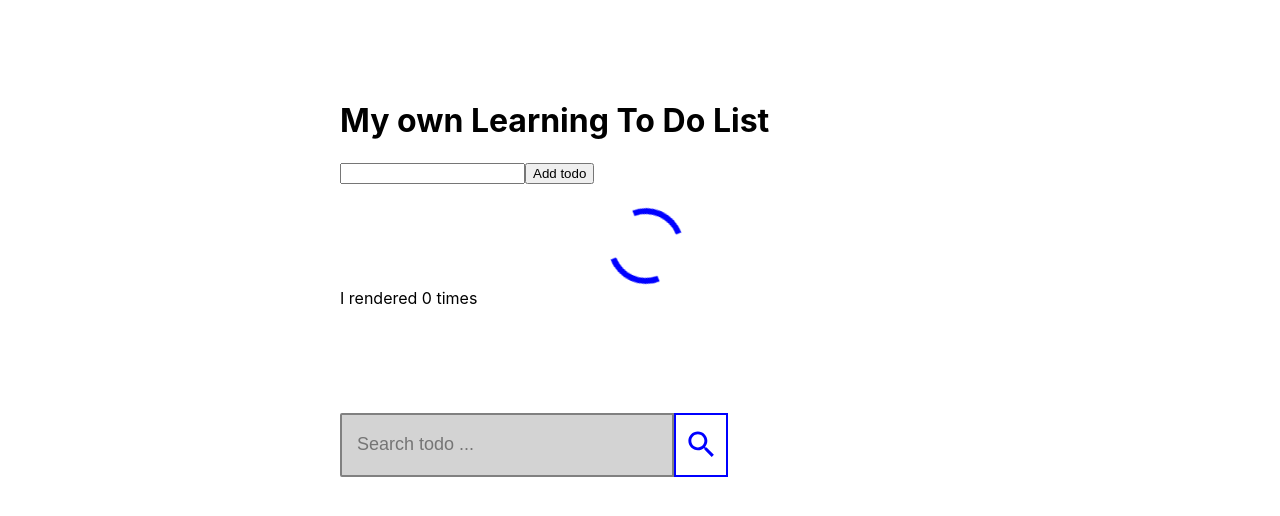
Repository: ArusyakAghajanyan/To-Do
Page: /
These files come from the project's save history. The page is drawn as it stood at one moment and after the next save; the edit follows.
The browser window is 1280 px wide. The pictures show the whole page.
The page's requests for data from a server got no answer. The project was rebuilt for these pictures with package versions that can differ from the ones it lists, and the page was loaded fresh each time. No one was signed in, and anything a server would have sent is missing. Also part of the build but not shown: src/Todo/TodoItem.js, src/Todo/TodoList.js.

Above is the page before, as saved 2022-03-11 02:12:10.

### src/index.css
body {
  margin: 0;
  font-family: -apple-system, BlinkMacSystemFont, 'Segoe UI', 'Roboto', 'Oxygen',
    'Ubuntu', 'Cantarell', 'Fira Sans', 'Droid Sans', 'Helvetica Neue',
    sans-serif;
  -webkit-font-smoothing: antialiased;
  -moz-osx-font-smoothing: grayscale;
}

code {
  font-family: source-code-pro, Menlo, Monaco, Consolas, 'Courier New',
    monospace;
}
.wrapper {
  padding-top: 5rem;
  margin: 0 auto;
  width: 600px;
}
.rm {
  background: red;
  border-radius: 50%;
  color:#fff;
  border: none;
}

.done {
  text-decoration: line-through;
}

.lds-dual-ring {
  display: inline-block;
  width: 80px;
  height: 80px;
}

.lds-dual-ring:after {
  content: " ";
  display: block;
  width: 64px;
  height: 64px;
  margin: 8px;
  border-radius: 50%;
  border: 6px solid blue;
  border-color: blue transparent blue transparent;
  animation: lds-dual-ring 1.2s linear infinite;
}
@keyframes lds-dual-ring {
  0% {
    transform: rotate(0deg);
  }
  100% {
    transform: rotate(360deg);
  }
}

### src/App.js
import React, { useEffect, useRef } from 'react'
import TodoList from './Todo/TodoList'
import Context from './context'
import Loader from './Loader'
import SearchBar from './Search/SearchBar'

const AddTodo = React.lazy(
  () =>
  new Promise(resolve => {
    setTimeout(() => {
      resolve(import('./Todo/AddTodo'))
    }, 3000)
  })
  )

function App() {
  const [todos, setTodos] = React.useState([])
    // { id: 1, completed: false, title: 'Learn HTML, CSS'},
    // { id: 2, completed: true, title: 'Learn Js'},
    // { id: 3, completed: false, title: 'Learn React'},
    // { id: 4, completed: false, title: 'Learn Java'}
  const [loading, setLoading] = React.useState(true)
  const renderCount = useRef(0)

  useEffect(() => {
    renderCount.current = renderCount.current + 1
  })


useEffect(() => {
  fetch('https://jsonplaceholder.typicode.com/todos?_limit=5')
    .then(response => response.json())
    .then(todos => {
      setTimeout(() => {
        setTodos(todos)
        setLoading(false)
      }, 2000)
    })
}, [])

  function toggleTodo(id){
    setTodos(
    todos.map(todo => {
    if (todo.id === id) {
      todo.completed = !todo.completed
    }
    return todo
    })
    )
  }

  function removeTodo(id){
   setTodos(todos.filter(todo => todo.id !== id))
  }

  function addTodo(title) {
    setTodos(todos.concat([{
      title,
      id: Date.now(),
      completed: false
    }]))
  }
  return (
    <Context.Provider value={{ removeTodo }}>
    <div className='wrapper'>
      <h1>My own Learning To Do List</h1>
      <React.Suspense fallback={<p>Loading...</p>}>

      <AddTodo onCreate={addTodo} />
      </React.Suspense>
      {loading && <Loader />}
      {todos.length ? (
      <TodoList todos={todos} onToggle={toggleTodo} />
      ) : loading ? null : (
        <p>No todos!</p>
       )}
       <div> I rendered {renderCount.current} times </div>
       <div >
      <SearchBar placeholder="Search todo ..." data={todos} />
    </div>

    </div>
    </Context.Provider>

  )
}

export default App

// className="App"

### src/Loader.js
import React from 'react'

export default () => <div style={{display: 'flex', justifyContent: 'center', margin: '.5rem' }}>
    <div className="lds-dual-ring" /></div>

### src/Search/SearchBar.js
import React, { useState } from "react";
import "./SearchBar.css";
import SearchIcon from '@mui/icons-material/Search';
import CloseIcon from '@mui/icons-material/Close';

function SearchBar({ placeholder, data }) {
  const [filteredData, setFilteredData] = useState([]);
  const [wordEntered, setWordEntered] = useState("");

  const handleFilter = (event) => {
    const searchWord = event.target.value;
    setWordEntered(searchWord);
    const newFilter = data.filter((value) => {
      return value.title.toLowerCase().includes(searchWord.toLowerCase());
    });

    if (searchWord === "") {
      setFilteredData([]);
    } else {
      setFilteredData(newFilter);
    }
  };

  const clearInput = () => {
    setFilteredData([]);
    setWordEntered("");
  };

  return (
    <div className="search">
      <div className="searchInputs">
        <input
          type="text"
          placeholder={placeholder}
          value={wordEntered}
          onChange={handleFilter}

        />
        <div className="searchIcon">
          {filteredData.length === 0 ? (
            <SearchIcon />
          ) : (
            <CloseIcon id="clearBtn" onClick={clearInput} />
          )}
        </div>
      </div>
      {filteredData.length != 0 && (
        <div className="dataResult">
          {filteredData.slice(0, 15).map((value, key) => {
            return (
              <a className="dataItem" href={value.link} target="_blank">
                <p>{value.title} </p>
              </a>
            );
          })}
        </div>
      )}
    </div>
  );

}

export default SearchBar;

### src/Todo/AddTodo.js
import React, { useState } from "react";
import PropTypes from "prop-types";

function useInputValue(defaultValue = " ") {
  const [value, setValue] = useState(defaultValue);
  return {
    bind: {
      value,
      onChange: (event) => setValue(event.target.value),
    },
    clear: () => setValue(""),
    value: () => value,
  };
}

function AddTodo({ onCreate }) {
  const input = useInputValue(" ");

  function submitHandler(event) {
    event.preventDefault();

    if (input.value().trim()) {
      onCreate(input.value());
      input.clear();
    }
  }

  return (
    <form style={{ marginBottom: "1rem" }} onSubmit={submitHandler}>
      <input {...input.bind} />
      <button type="submit">Add todo</button>
    </form>
  );
}

AddTodo.propTypes = {
  onCreate: PropTypes.func.isRequired,
};

export default AddTodo;

### src/Search/SearchBar.css
.searchInputs {
    margin-top: 105px;
    display: flex;
  }

  .search input{
    background-color: lightgray;
    border: 2px solid gray;
    border-radius: 2px;
    border-top-right-radius: 0px;
    border-bottom-right-radius: 0px;
    font-size: 18px;
    padding: 15px;
    height: 30px;
    width: 300px;
  }

  .searchIcon {
    border: 2px solid blue;
    height: 60px;
    width: 50px;
    background-color: white;
    display: grid;
    place-items: center;
    color: blue;
  }

  input:focus {
    outline: none;
  }
  .searchIcon svg {
    font-size: 35px;
  }

  .dataResult {
    margin-top: 0px;
    width: 300px;
    height: 200px;
    background-color: lightgray;
    box-shadow: rgba(0, 0, 0, 0.35) 0px 5px 15px;
    overflow: hidden;
    overflow-y: auto;
  }

  .dataResult::-webkit-scrollbar {
    display: none;
  }

  .dataResult .dataItem {
    width: 100%;
    height: 50px;
    display: flex;
    align-items: center;
    color: black;
  }

  .dataItem p {
    margin-left: 10px;
  }
  a {
    text-decoration: none;
  }

  a:hover {
    background-color: lightgrey;
  }

  #clearBtn {
    cursor: pointer;
  }

Loaded but not shown: public/index.html (common file); src/index.js (common file); src/reportWebVitals.js (common file); src/context.js (common file)

After the next save:
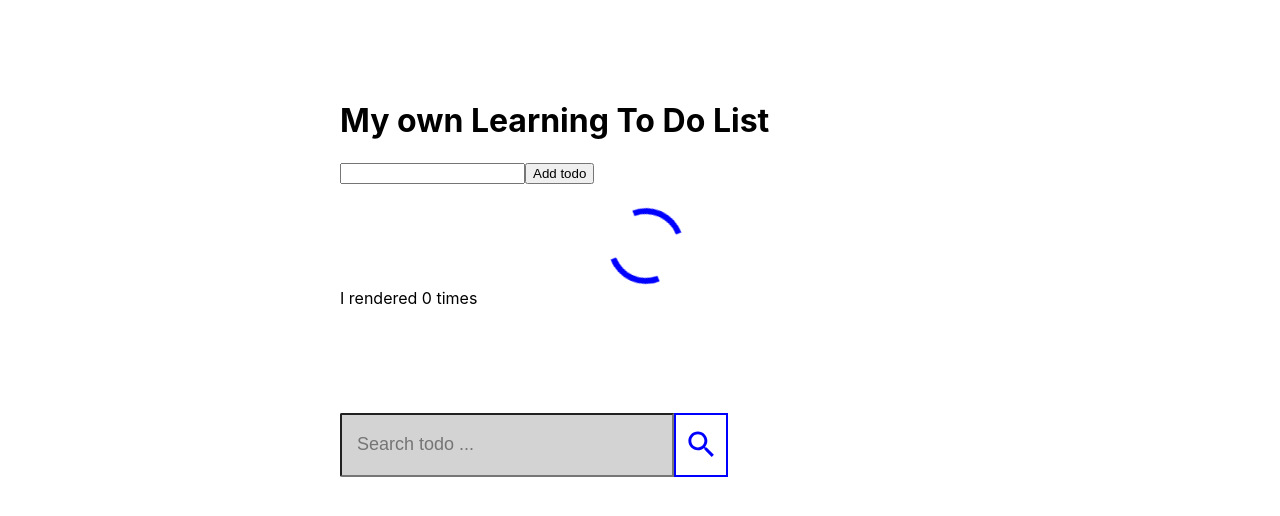
Saved 60 s later.
--- a/src/Search/SearchBar.css
+++ b/src/Search/SearchBar.css
@@ -5,7 +5,7 @@
 
   .search input{
     background-color: lightgray;
-    border: 2px solid gray;
+    /* border: 2px solid gray; */
     border-radius: 2px;
     border-top-right-radius: 0px;
     border-bottom-right-radius: 0px;
